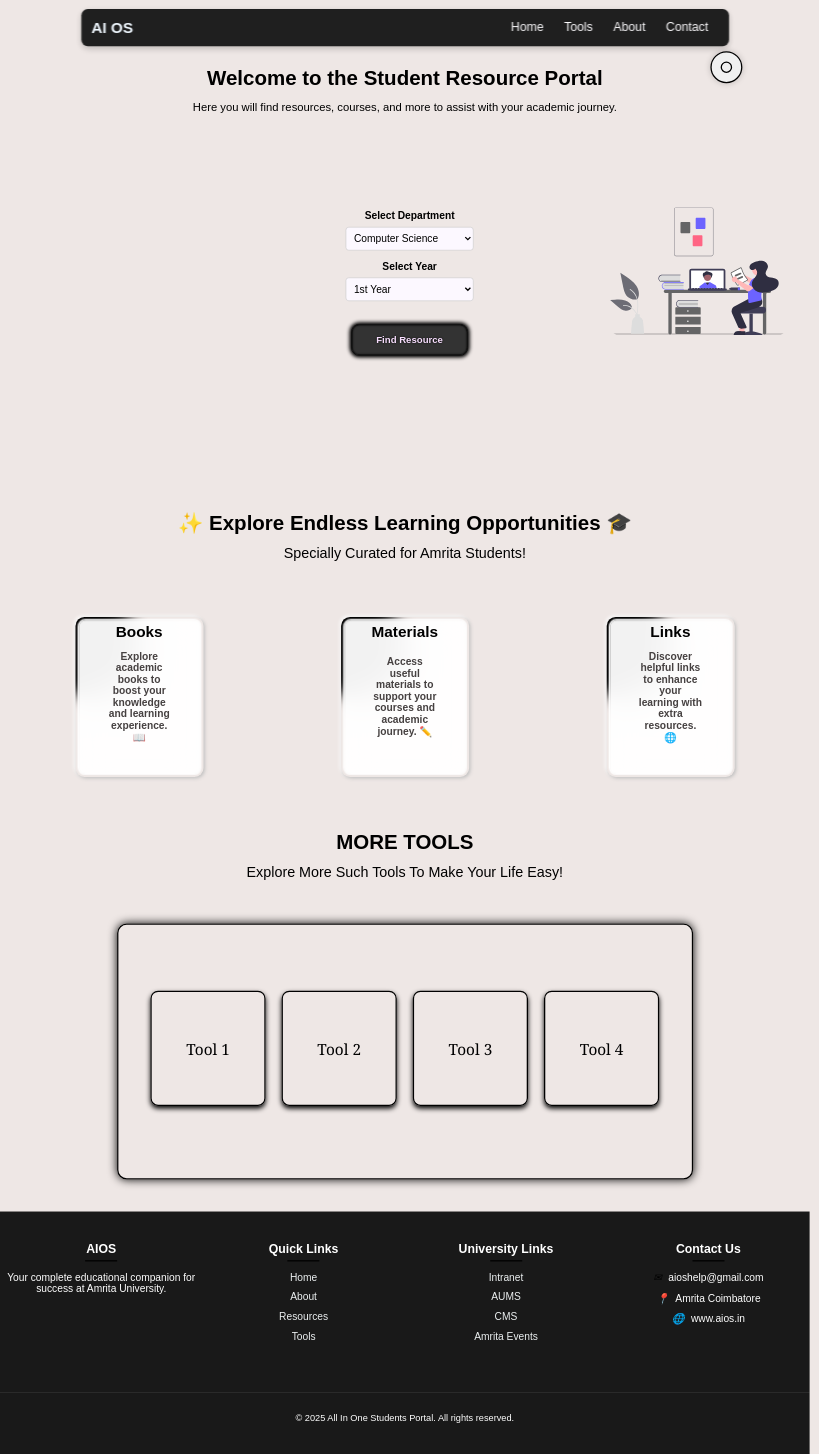
Repository: AniruthKarthik/AIOS
Page: resource.html
These files come from the project's save history. The page is drawn as it stood at one moment and after the next save; the edit follows.
The browser window is 1280 px wide. The pictures show the whole page, at 64% of full size.

Above is the page before, as saved 2025-04-01 10:20:52.

### resource.html
<!DOCTYPE html>
<html lang="en">

<head>
    <meta charset="UTF-8">
    <meta name="viewport" content="width=device-width, initial-scale=1.0">
    <title>Student Resource Portal</title>
    <link rel="stylesheet" href="stylessheet.css">
    <script src="main.js" defer></script> <!-- Link to the external JS file -->
</head>

<body background="">
    <!-- Navbar -->
    <nav>
        <div class="logo">AI OS</div>
        <ul class="nav-links">
            <li><a href="home.html">Home</a></li>
            <li><a href="tools.html">Tools</a></li>
            <li><a href="about.html">About</a></li>
            <li><a href="contact.html">Contact</a></li>
        </ul>
    </nav>

    <!-- Main Content -->
    <div class="main-content">
        <h1>Welcome to the Student Resource Portal</h1>
        <p>Here you will find resources, courses, and more to assist with your academic journey.</p>
    </div>

    <div class="img">
        <img src="./hero-img-2-22e4f2c5.svg">
    </div>

    <div class="dropdowns">
        <!-- Department Dropdown -->
        <div class="dropdown">
            <label for="department">Select Department</label>
            <select id="department">
                <option value="CS">Computer Science</option>
                <option value="AI">Artificial Intelligence</option>
                <option value="AIDS">AI & Data Science</option>
                <option value="ME">Mechanical Engineering</option>
            </select>
        </div>

        <!-- Year of Study Dropdown -->
        <div class="dropdown">
            <label for="year">Select Year</label>
            <select id="year">
                <option value="1">1st Year</option>
                <option value="2">2nd Year</option>
                <option value="3">3rd Year</option>
                <option value="4">4th Year</option>
            </select>
        </div>

        <!-- Find Resource Button -->
        <button id="find-resource">Find Resource</button>
    </div>

    <div class="next">
        <p> ✨ Explore Endless Learning Opportunities 🎓 </p>
        <h3>Specially Curated for Amrita Students!</h3>
    </div>

    <div class="cards-container">
        <div class="card">
            <div class="bg"></div>
            <div class="blob"></div>
            <div class="card-heading">Books</div>
            <div class="card-text">Explore academic books to boost your knowledge and learning experience. 📖</div>
        </div>

        <div class="card">
            <div class="bg"></div>
            <div class="blob"></div>
            <div class="card-heading">Materials </div>
            <div class="card-text">Access useful materials to support your courses and academic journey. ✏️</div>
        </div>

        <div class="card">
            <div class="bg"></div>
            <div class="blob"></div>
            <div class="card-heading">Links </div>
            <div class="card-text">Discover helpful links to enhance your learning with extra resources. 🌐</div>
        </div>
    </div>

    <div class="nextt">

        <h3>MORE TOOLS</h3>
        <p>Explore More Such Tools To Make Your Life Easy!</p>
    </div>

    <div class="slider-container">
        <div class="slider">
            <div class="box">Tool 1</div>
            <div class="box">Tool 2</div>
            <div class="box">Tool 3</div>
            <div class="box">Tool 4</div>
        </div>
    </div>

</div>

    <div id="theme-switch" onclick="toggleTheme()">
        <!-- Dark Mode Icon (Default) -->
        <svg xmlns="http://www.w3.org/2000/svg" viewBox="0 0 24 24">
            <path d="M12 3a9 9 0 1 0 9 9 9 9 0 0 0-9-9Zm0 16a7 7 0 1 1 7-7 7 7 0 0 1-7 7Z"/>
        </svg>

        <!-- Light Mode Icon (Hidden by default) -->
        <svg xmlns="http://www.w3.org/2000/svg" viewBox="0 0 24 24">
            <path d="M12 5.5a1.5 1.5 0 0 1 0-3 1.5 1.5 0 0 1 0 3Zm0 16.5a1.5 1.5 0 0 1 0-3 1.5 1.5 0 0 1 0 3ZM4.93 7.07a1.5 1.5 0 1 1 2.12-2.12 1.5 1.5 0 1 1-2.12 2.12ZM16.95 19.07a1.5 1.5 0 1 1 2.12-2.12 1.5 1.5 0 1 1-2.12 2.12ZM2 13.5a1.5 1.5 0 1 1 3 0 1.5 1.5 0 1 1-3 0Zm19 0a1.5 1.5 0 1 1 3 0 1.5 1.5 0 1 1-3 0ZM4.93 19.07a1.5 1.5 0 1 1 2.12-2.12 1.5 1.5 0 1 1-2.12 2.12ZM16.95 7.07a1.5 1.5 0 1 1 2.12-2.12 1.5 1.5 0 1 1-2.12 2.12ZM12 17a5 5 0 1 1 5-5 5 5 0 0 1-5 5Z"/>
        </svg>
    </div>


   <!-- Footer -->
   <footer>
    <div class="container">
        <div class="footer-content">
            <div class="footer-section">
                <h3 class="footer-title">AIOS</h3>
                <p>Your complete educational companion for success at Amrita University.</p>
            </div>

            <div class="footer-section">
                <h3 class="footer-title">Quick Links</h3>
                <ul class="footer-links">
                    <li><a href="#">Home</a></li>
                    <li><a href="./about.html">About</a></li>
                    <li><a href="./resource.html">Resources</a></li>
                    <li><a href="./tools.html">Tools</a></li>
                </ul>
            </div>

            <div class="footer-section">
                <h3 class="footer-title">University Links</h3>
                <ul class="footer-links">
                    <li><a href="https://intranet.cb.amrita.edu/">Intranet</a></li>
                    <li><a href="https://www.amrita.edu/aums/">AUMS</a></li>
                    <li><a href="https://cms.cb.amrita.edu/login">CMS</a></li>
                    <li><a href="#">Amrita Events</a></li>
                </ul>
            </div>

            <div id="contact" class="footer-section footer-contact">
                <h3 class="footer-title">Contact Us</h3>
                <p><i class="fas fa-envelope">✉</i> aioshelp@gmail.com</p>
                <p><i class="fas fa-map-marker-alt">📍</i> Amrita Coimbatore</p>
                <p><i class="fas fa-globe">🌐</i> www.aios.in</p>
            </div>
        </div>

        <div class="copyright">
            &copy; 2025 All In One Students Portal. All rights reserved.
        </div>
    </div>
</footer>
<script>
    document.addEventListener("DOMContentLoaded", () => {
    document.body.classList.add("lightmode");
  });
</script>

</body>



</html>

### stylessheet.css
/* General Reset */
* {
    margin: 0;
    padding: 0;
    box-sizing: border-box;
}

body {
    /* Removed min-height: 370vh */
    font-family: Arial, sans-serif;
    min-height: 100vh; /* Changed from height to min-height to ensure it fills the viewport */
    display: flex;
    flex-direction: column;
    padding-right: 15px;
    overflow-y: scroll;
    background-color: var(--base-color);
    color: var(--text-color);
}

:root {
    --base-color: rgb(19, 19, 19);
    --base-variant: rgb(255, 255, 255);
    --text-color: #ffffff;
    --accent-color: rgb(227, 159, 246);
    --glow-color: rgba(227, 159, 246, 0.4);
    --btn-bg-color: rgb(100, 61, 136);
}

.lightmode {
    --base-color: #eee7e5;
    --base-variant: #f0f0f0;
    --text-color: black;
    --accent-color: black;
    --glow-color: rgba(0, 0, 0, 0.2);
    --btn-bg-color: #333;
}

/* Navbar */
nav {
    display: flex;
    justify-content: space-between;
    align-items: center;
    background-color: rgb(31, 31, 31);
    padding: 1rem;
    height: 8vh;
    width: 80%;
    margin-top: 2vh;
    border-radius: 10px;
    backdrop-filter: blur(10px);
    box-shadow: 0 4px 10px rgba(0, 0, 0, 0.2);
    position: relative;
    z-index: 10;
    margin: 2vh auto 0 auto;
}

nav .logo {
    font-size: 1.5rem;
    color: aliceblue;
    font-weight: bold;
}

nav .nav-links {
    list-style-type: none;
    display: flex;
}

nav .nav-links li {
    margin: 0 1rem;
}

nav .nav-links li a {
    text-decoration: none;
    color: #fefdff;
    font-size: 1.2rem;
}

nav .nav-links li a:hover {
    color: rgb(227, 159, 246);
}

/* Main Content */
.main-content {
    height: 92vh;
    padding: 2rem;
    text-align: center;
}

.main-content h1 {
    font-size: 2rem;
    margin-bottom: 1rem;
    color: var(--accent-color);
}

.main-content p {
    font-size: 1.1rem;
    color: var(--text-color);
}

.img {
    position: absolute;
    top: 45%;
    right: 50px;
}

.img img {
    border-radius: 15px;
    max-width: 100%;
    height: 200px;
}

.next p{
    font-size: 2rem;
    font-weight: bolder;
    margin-top: 4rem;     /* Added margin-top */
    margin-bottom: 1rem;
    color: var(--accent-color);
    font-family: Arial, sans-serif;
    text-align: center;
}

.next h3    {
    font-size: 1.4rem;
    font-weight: 300;
    margin-bottom: 1rem;
    color: var(--text-color);
    font-family: Arial, sans-serif;
    text-align: center;
}
.dropdowns {
    position: absolute;
    top: 60%;
    left: 50%;
    transform: translate(-50%, -50%);
    text-align: center;

}

.dropdown {
    margin-bottom: 1rem;
}

#department {
    background-color: rgb(252, 248, 255);
    color: rgb(0, 0, 0)
}

#year {
    background-color: rgb(252, 248, 255);
    color: rgb(0, 0, 0)
}

label {
    display: block;
    margin-bottom: 0.5rem;
    font-weight: bold;
    color: var(--text-color);
}

select {
    width: 200px;
    padding: 0.5rem;
    font-size: 16px;
    border-radius: 5px;
    border: 1px solid #ccc;
    background-color: #ffe0f8;
    appearance: calc();
    cursor: pointer;
}

select:focus {
    outline: none;
    border-color: #7700ff;
}
button {
    --glow-color: rgba(var(--accent-rgb), 40);
    --glow-spread-color: rgba(var(--accent-rgb), );
    --enhanced-glow-color: rgba(var(--accent-rgb), 0.1);
    --btn-color: var(--btn-bg-color);

    border: 1px solid var(--accent-color);
    padding: 1em 2.5em;
    color: rgb(249, 223, 255);
    font-size: 15px;
    font-weight: bold;
    background-color: var(--btn-color);
    border-radius: 0.8em;
    outline: none;
    box-shadow:
        0 0 0.4em 0.20em var(--glow-color),
        inset 0 0 0.2em 0.05em var(--glow-color);
    text-shadow: 0 0 0.2em var(--glow-color);
    position: relative;
    transition: all 0.3s ease-in-out;
    transform: translateY(20px);
}

button::after {
    pointer-events: none;
    content: "";
    position: absolute;
    top: 120%;
    left: 0;
    height: 100%;
    width: 100%;
    background-color: var(--glow-spread-color);
    filter: blur(0.8em);
    opacity: 0.3;
    transform: perspective(1.5em) rotateX(35deg) scale(1, 0.4);
}

button:hover {
    color: whitesmoke;
    background-color: var(--accent-color);
    box-shadow:
        0 0 0.5em 0.1em var(--glow-color),
        inset 0 0 0.3em 0.05em var(--enhanced-glow-color);
    transform: translateY(20px) scale(1.01);
}

button:active {
    box-shadow:
        0 0 0.2em 0.05em var(--glow-color),
        inset 0 0 0.15em 0.05em var(--enhanced-glow-color);
    transform: translateY(20px) scale(0.99);
}

/* Add to :root */
:root {
    --accent-rgb: 227, 159, 246;
}

.lightmode {
    --accent-rgb: 0, 0, 0;
}
.resources-container {
    display: flex;
    justify-content: center;
    gap: 20px;
    padding: 20px;
    margin-top: 50px;
}

.resource-button {
    background-color: #ffffff;
    border-radius: 10px;
    padding: 20px;
    text-align: center;
    box-shadow: 0 4px 10px rgba(0, 0, 0, 0.1);
    border: 1px solid #ddd;
    flex: 1;
    max-width: 150px;
    position: relative;
    overflow: hidden;
}

@keyframes wave {
    0% { transform: rotate(0deg); }
    100% { transform: rotate(360deg); }
}

.nextt p {
    font-size: 1.4rem;
    font-weight: 300;
    margin-bottom: 1rem;
    color: var(--text-color);
    font-family: Arial, sans-serif;
    text-align: center;
}

.nextt h3 {
    font-size: 2rem;
    font-weight: bolder;
    margin-top: 4rem;     /* Added margin-top */
    margin-bottom: 1rem;
    color: var(--accent-color);
    font-family: Arial, sans-serif;
    text-align: center;
}

.cards-container {
    display: flex;
    justify-content: space-around;
    gap: 20px;
    padding: 20px;
    margin-top: 50px;
}

.card {
    position: relative;
    width: 200px;
    height: 250px;
    border-radius: 14px;
    z-index: 1111;
    overflow: hidden;
    display: flex;
    flex-direction: column;
    align-items: center;
    justify-content: center;
    box-shadow: 2px 2px 6px #bebebe, -2px -2px 6px #ffffff;
}

.card-heading {
    position: absolute;
    top: 10px;
    left: 50%;
    transform: translateX(-50%);
    text-align: center;
    font-size: 1.5rem;
    color: var(--accent-color);
    z-index: 3;
    font-weight: bolder;
}

.card-text {
    position: absolute;
    top: 50%;
    left: 50%;
    transform: translate(-50%, -50%);
    font-size: 1rem;
    font-weight: 600;
    color: #464141;
    z-index: 2;
    text-align: center;
}

.bg {
    position: absolute;
    top: 5px;
    left: 5px;
    width: 190px;
    height: 240px;
    z-index: 2;
    background: rgba(255, 255, 255, .95);
    backdrop-filter: blur(24px);
    border-radius: 10px;
    overflow: hidden;
    outline: 2px solid white;
}

.blob {
    position: absolute;
    z-index: 1;
    top: 50%;
    left: 50%;
    width: 150px;
    height: 150px;
    border-radius: 50%;
    background-color: var(--accent-color);
    opacity: 1;
    filter: blur(12px);
    animation: blob-bounce 5s infinite ease;
}

@keyframes blob-bounce {
    0% { transform: translate(-100%, -100%) translate3d(0, 0, 0); }
    25% { transform: translate(-100%, -100%) translate3d(100%, 0, 0); }
    50% { transform: translate(-100%, -100%) translate3d(100%, 100%, 0); }
    75% { transform: translate(-100%, -100%) translate3d(0, 100%, 0); }
    100% { transform: translate(-100%, -100%) translate3d(0, 0, 0); }
}

body::-webkit-scrollbar {
    width: 10px;
}

body::-webkit-scrollbar-thumb {
    background-color: var(--accent-color);
    border-radius: 10px;
}

body::-webkit-scrollbar-thumb:hover {
    background-color: var(--glow-color);
}

.slider-wrapper {
    position: relative;
    width: 900px;
    margin: 50px auto;
    height: 400px;
    display: flex;
    flex-direction: column;
    align-items: center;
}

.slider-container {
    position: relative;
    width: 900px;
    margin: 50px auto;
    height: 400px;
    border-radius: 15px;
    border: 2px solid var(--accent-color); ;
    box-shadow: 0 0 15px var(--accent-color); ;
    display: flex;
    flex-direction: column;
    justify-content: center;
    align-items: center;
}

.background-box {
    position: absolute;
    top: 0;
    left: 0;
    width: 100%;
    height: 110%;
    background: var(--base-color);
    border-radius: 16px;
    box-shadow: 0 0 10px var(--accent-color);
    z-index: 0;
}

.slider {
    position: relative;
    z-index: 1;
    display: flex;
    justify-content: center;
    gap: 25px;
    padding-top: 70px;
}

.slider .box {
    width: 180px;
    height: 180px;
    border-radius: 12px;
    display: flex;
    align-items: center;
    justify-content: center;
    color: var(--accent-color);
    font-size: 1.5em;
    font-family: 'Georgia', serif;
    box-shadow: 0 4px 8px var(--accent-color);
    transition: all 0.3s;
    border: 2px solid var(--accent-color);
    transform: translateY(-40px);
}

.slider .box:hover {
    background-color: var(--accent-color);
    color: var(--base-color);
    box-shadow: 0 6px 12px var(--glow-color);
}

.slider-wrapper .more,
.more {
    margin-top: 10vh;
    position: absolute;
    bottom: 0;
    left: 50%;
    transform: translateX(-50%);
    text-align: center;
}

.slider-wrapper .more h3,
.more h3 {
    font-size: 2rem;
    margin-bottom: 1rem;
    color: var(--accent-color);
}

.slider-wrapper .more p,
.more p {
    font-size: 1.1rem;
    color: var(--text-color);
}

.coming-soon {
    position: absolute;
    z-index: 1;
    text-align: center;
    bottom: 1%;
    left: 50%;
    transform: translateX(-50%);
    font-size: 1.2rem;
    color: var(rgb(255, 255, 255));
    font-family: 'Georgia', serif;
}

#theme-switch {
    color: var(--text-color);
    height: 50px;
    width: 50px;
    padding: 0;
    border-radius: 50%; /* Changed from 20% to 50% for a perfect circle */
    background-color: var(--base-variant);
    display: flex; /* Added to center the icon */
    justify-content: center; /* Center horizontally */
    align-items: center; /* Center vertically */
    position: absolute;
    top: 80px; /* Changed from 60px to 80px to move it down */
    right: 120px;
    border: 2px solid var(--accent-color); /* Changed border style */
    box-shadow: 0 0 10px var(--glow-color); /* Enhanced shadow effect */
    cursor: pointer; /* Add pointer cursor on hover */
    transition: all 0.3s ease; /* Smooth transition for hover effects */
}

#theme-switch:hover {
    transform: scale(1.1); /* Slightly grow the button on hover */
    box-shadow: 0 0 15px var(--accent-color); /* Stronger glow on hover */
}

#theme-switch svg {
    fill: var(--accent-color);
    width: 24px; /* Set specific size for the SVG */
    height: 24px;
}

#theme-switch svg:last-child {
    display: none;
}

 /* Footer */
 footer {
    background-color: rgb(25, 25, 25);
    color: white;
    padding: 3rem 0;
    text-align: center;
}

.footer-content {
    display: flex;
    flex-wrap: wrap;
    justify-content: space-between;
}

.footer-section {
    flex: 1;
    min-width: 250px;
    margin-bottom: 2rem;
    display: flex;
    flex-direction: column;
    align-items: center;
}

.footer-title {
    font-size: 1.2rem;
    margin-bottom: 1.5rem;
    position: relative;
    display: inline-block;
}

.footer-title::after {
    content: '';
    position: absolute;
    left: 50%;
    bottom: -8px;
    width: 50px;
    height: 2px;
    background-color: var(--accent-color);
    transform: translateX(-50%);
}

.footer-links {
    list-style: none;
    text-align: center;
}

.footer-links li {
    margin-bottom: 0.8rem;
}

.footer-links a {
    color: #ecf0f1;
    text-decoration: none;
    transition: color 0.3s;
}

.footer-links a:hover {
    color: var(--accent-color);
}

.footer-contact p {
    margin-bottom: 0.8rem;
    display: flex;
    align-items: center;
    justify-content: center;
}

.footer-contact i {
    margin-right: 10px;
    color: var(--accent-color);
}

.copyright {
    text-align: center;
    padding-top: 2rem;
    border-top: 1px solid rgba(255, 255, 255, 0.1);
    margin-top: 2rem;
    font-size: 0.9rem;
}

### main.js
// Get the button element
const findResourceButton = document.getElementById('find-resource');
// Add event listener to the button
findResourceButton.addEventListener('click', () => {
    // Get the selected department and year values
    const department = document.getElementById('department').value;
    const year = document.getElementById('year').value;

    // Check if the department is 'CS' (Computer Science) and year is '1'
    if (department === 'CS' && year === '1') {
        // Redirect to the new HTML page
        window.location.href = 'cs1.html'; // Replace 'newPage.html' with your desired page URL
    } else if (department === 'AI' && year === '1') {
        window.location.href = 'ai1.html';
    }

    else {
        // Display a message or handle other logic if needed
        alert('Please select the correct department and year.');
    }
});

// const slider = document.querySelector('.slider');
// const boxes = document.querySelectorAll('.slider .box');
// const nextButton = document.getElementById('next');
// const prevButton = document.getElementById('prev');

// let currentIndex = 0;
// const boxesPerView = 4;
// const totalBoxes = boxes.length;

// function updateSliderPosition() {
//     const offset = currentIndex * -100 / boxesPerView;
//     slider.style.transform = `translateX(${offset}%)`;
// }

// nextButton.addEventListener('click', () => {
//     if (currentIndex < Math.ceil(totalBoxes / boxesPerView) - 1) {
//         currentIndex++;
//         updateSliderPosition();
//     }
// });

// prevButton.addEventListener('click', () => {
//     if (currentIndex > 0) {
//         currentIndex--;
//         updateSliderPosition();
//     }
// });
// Retrieve the stored theme mode from localStorage
localStorage.setItem('lightmode', 'false');
let lightmode = localStorage.getItem('lightmode');

// Select the theme toggle button by its ID
const themeSwitch = document.getElementById('theme-switch');

// Function to enable light mode
const enableLightmode = () => {
  document.body.classList.add('lightmode');
  localStorage.setItem('lightmode', 'active');
};

// Function to disable light mode (reverting to dark mode)
const disableLightmode = () => {
  document.body.classList.remove('lightmode');
  localStorage.setItem('lightmode', null);
};

// On initial load, enable light mode if previously active
if (lightmode === "active") {
  enableLightmode();
}

// Add a click event listener to the theme toggle button
themeSwitch.addEventListener("click", () => {
  // Retrieve the current state from localStorage
  lightmode = localStorage.getItem('lightmode');
  // Toggle the theme based on the current state
  lightmode !== "active" ? enableLightmode() : disableLightmode();
});

After the next save:
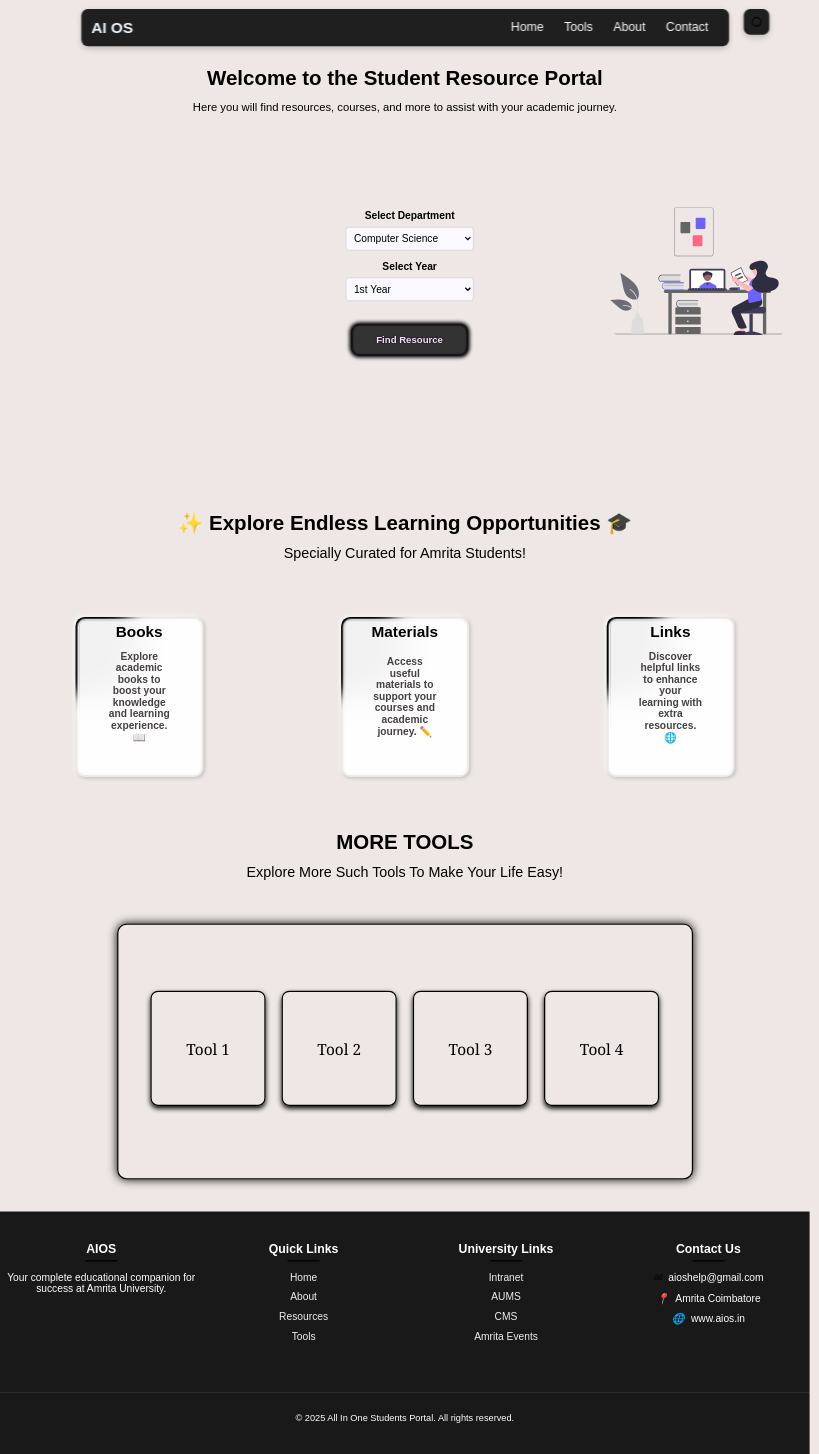
Saved 40 s later.
--- a/stylessheet.css
+++ b/stylessheet.css
@@ -476,38 +476,38 @@
 
 #theme-switch {
     color: var(--text-color);
-    height: 50px;
-    width: 50px;
+    height: 40px;
+    width: 40px;
     padding: 0;
-    border-radius: 50%; /* Changed from 20% to 50% for a perfect circle */
-    background-color: var(--base-variant);
-    display: flex; /* Added to center the icon */
-    justify-content: center; /* Center horizontally */
-    align-items: center; /* Center vertically */
-    position: absolute;
-    top: 80px; /* Changed from 60px to 80px to move it down */
-    right: 120px;
-    border: 2px solid var(--accent-color); /* Changed border style */
-    box-shadow: 0 0 10px var(--glow-color); /* Enhanced shadow effect */
-    cursor: pointer; /* Add pointer cursor on hover */
-    transition: all 0.3s ease; /* Smooth transition for hover effects */
+    border-radius: 10px; /* Matching navbar's border-radius */
+    background-color: rgb(31, 31, 31); /* Match navbar background */
+    display: flex;
+    justify-content: center;
+    align-items: center;
+    position: absolute;
+    top: 2vh; /* Align with navbar's top position */
+    right: calc(10% - 50px); /* Position relative to navbar's right edge */
+    border: none;
+    box-shadow: 0 4px 10px rgba(0, 0, 0, 0.2); /* Match navbar shadow */
+    cursor: pointer;
+    transition: all 0.3s ease;
+    backdrop-filter: blur(10px); /* Match navbar's backdrop filter */
+    z-index: 10; /* Same z-index as navbar */
 }
 
 #theme-switch:hover {
-    transform: scale(1.1); /* Slightly grow the button on hover */
-    box-shadow: 0 0 15px var(--accent-color); /* Stronger glow on hover */
+    background-color: rgb(45, 45, 45); /* Slightly lighter on hover */
 }
 
 #theme-switch svg {
     fill: var(--accent-color);
-    width: 24px; /* Set specific size for the SVG */
-    height: 24px;
+    width: 20px;
+    height: 20px;
 }
 
 #theme-switch svg:last-child {
     display: none;
 }
-
  /* Footer */
  footer {
     background-color: rgb(25, 25, 25);
